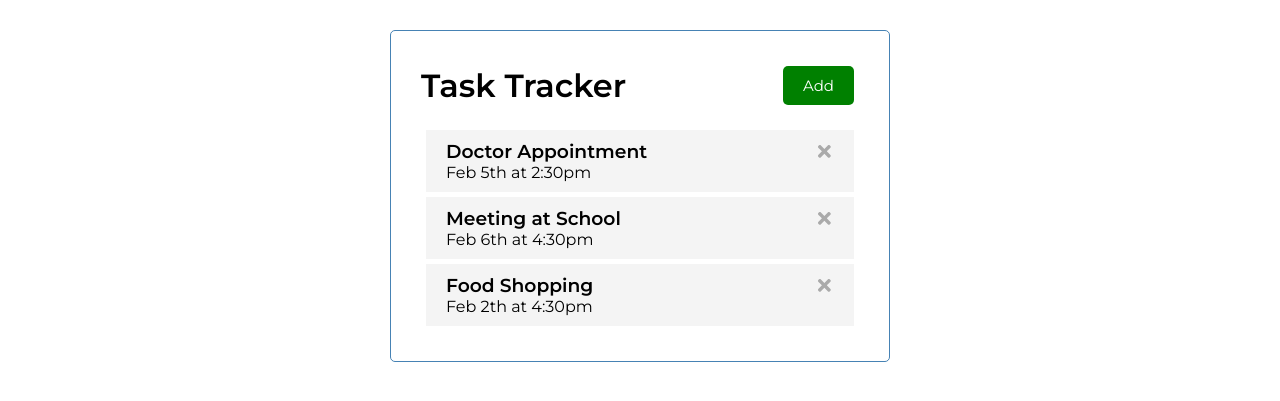
Repository: kate30980/task-tracker-reactjs
Page: /
The author's editor kept a copy of each file at every save. The page is drawn from the files as they stood at one save, then again after the next save.
The browser window is 1280 px wide. The pictures show the whole page.
The project was rebuilt for these pictures with package versions that can differ from the ones it lists, and the page was loaded fresh each time.

Above is the page before, as saved 2021-09-19 16:34:11.

After the next save:
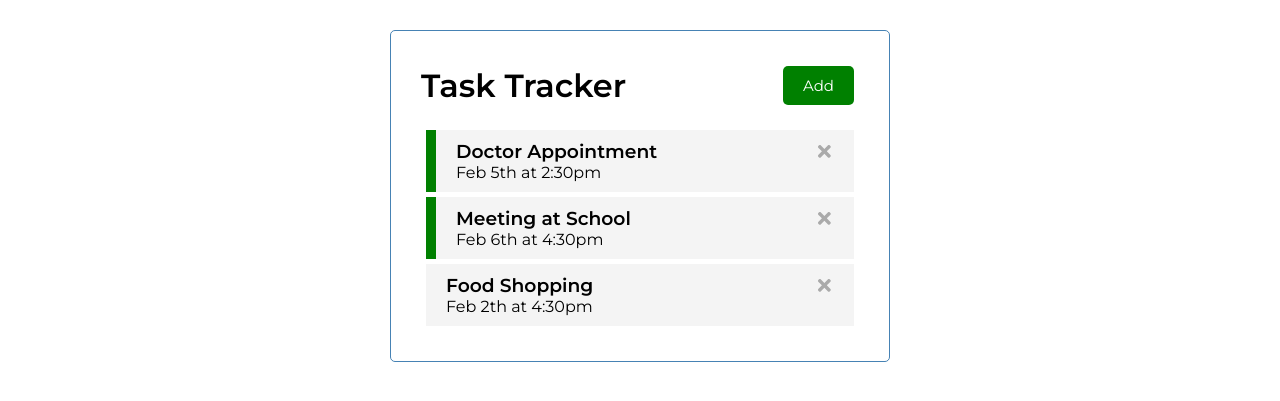
Saved 15 s later.
--- a/src/index.css
+++ b/src/index.css
@@ -54,7 +54,7 @@ body {
   padding: 10px 20px;
   cursor: pointer;
 }
-.task .reminder{
+.task.reminder{
   border-left: 10px solid green;
 }
 .task h3{
